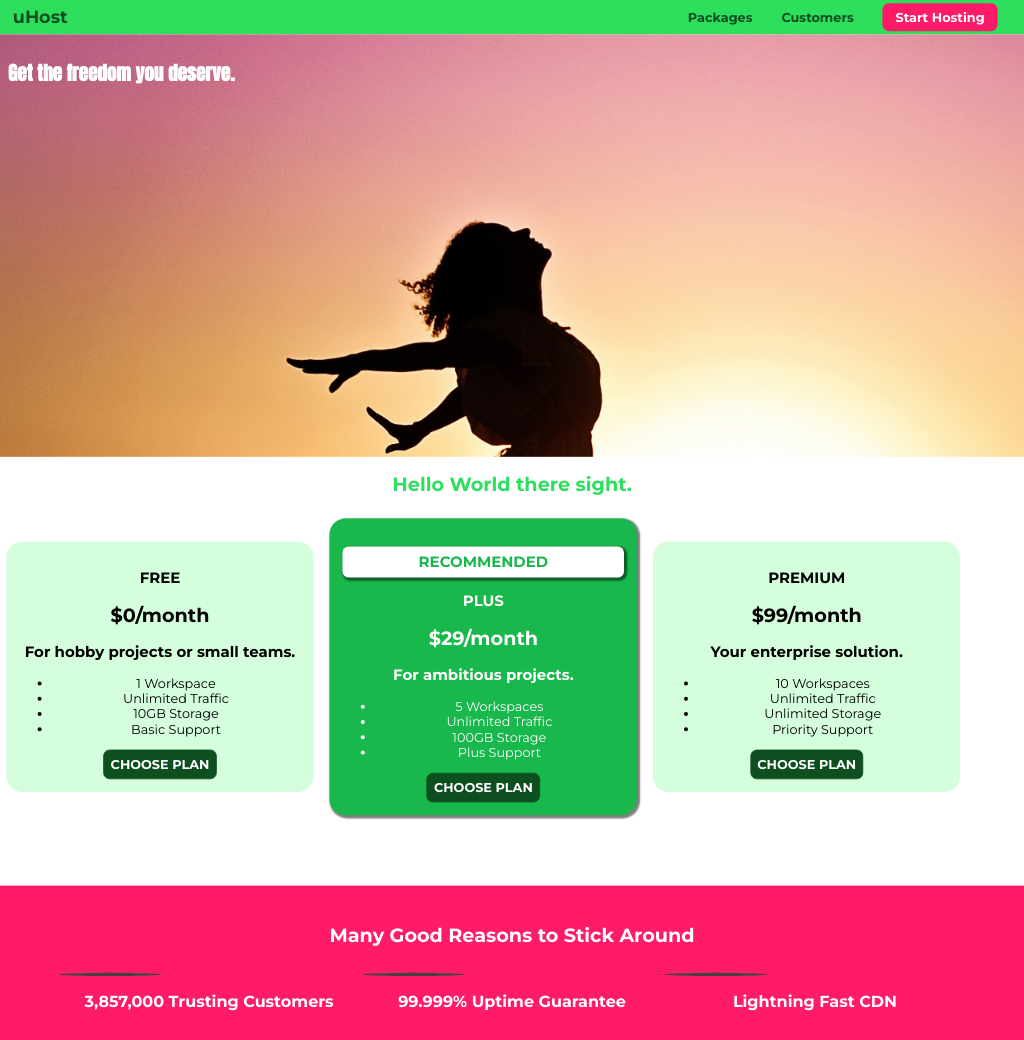
Repository: xtremer15/Css-JS
Page: Css-JS/JS and CSS Study/CSS/basics-01-understanding-the-course-project-starting-code/CSS Study/index.html
An editor plug-in stored every save of this project. The page is shown before and after a run of saves, followed by the edit.
The browser window is 1280 px wide. The pictures show the whole page, at 80% of full size.

Above is the page before, as saved 2020-04-01 13:15:58.

After the next 5 saves:
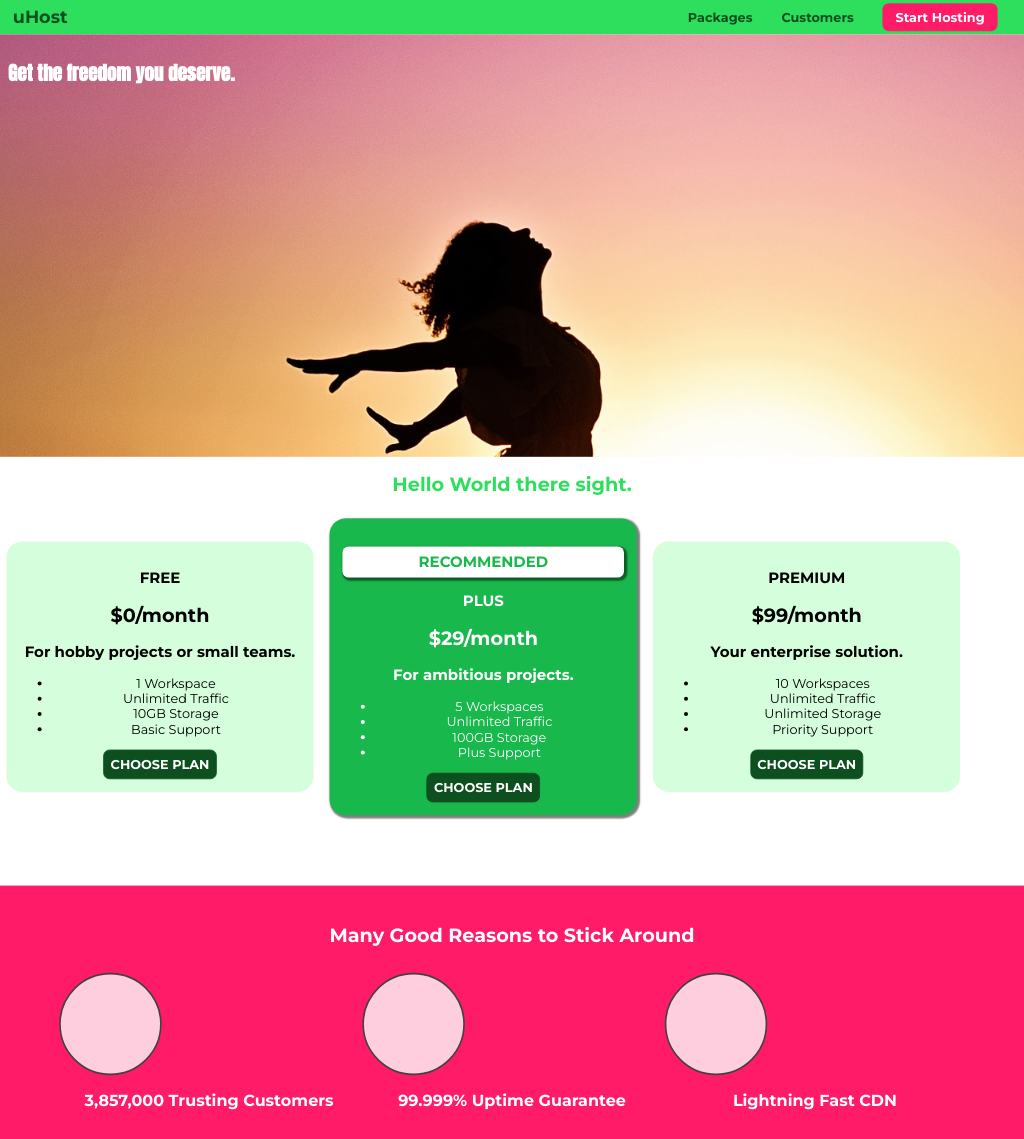
The 5 saves are shown as one change because they came seconds apart.
The last was saved 44 s later.
--- a/Css-JS/JS and CSS Study/CSS/basics-01-understanding-the-course-project-starting-code/CSS Study/main.css
+++ b/Css-JS/JS and CSS Study/CSS/basics-01-understanding-the-course-project-starting-code/CSS Study/main.css
@@ -97,6 +97,7 @@ button:active {
 .key-feature__img {
   background: #ffcede;
   width: 128px;
+  height: 128px;
   border: 2px solid #424242;
   border-radius: 50%;
 }
